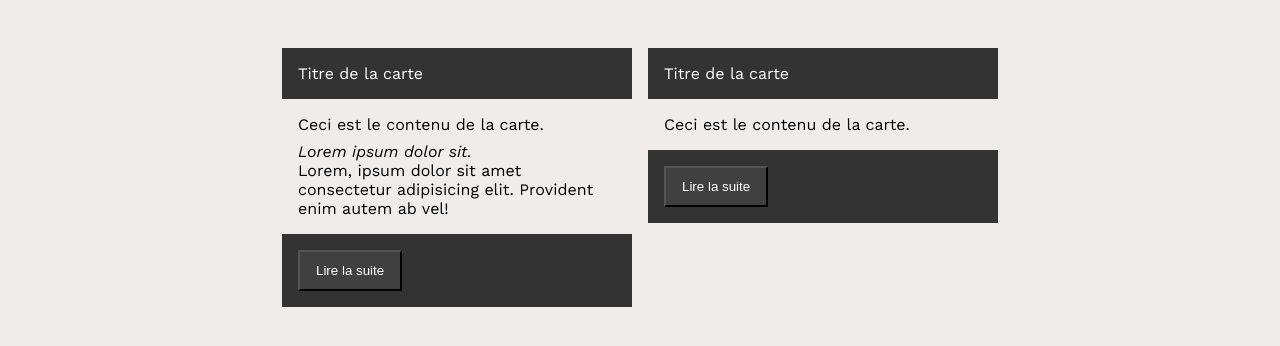
Repository: b3no1t/SASS--the-beginning
Page: exercices/cards/index.html
These files come from the project's save history. The page is drawn as it stood at one moment and after the next save; the edit follows.
The browser window is 1280 px wide. The pictures show the whole page.

Above is the page before, as saved 2025-02-02 01:25:00.

After the next save:
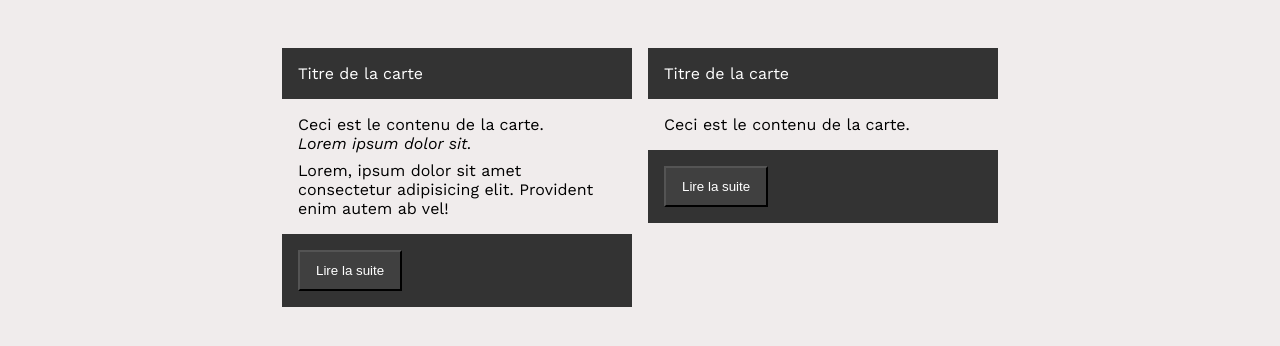
Saved 37 s later.
--- a/exercices/cards/index.html
+++ b/exercices/cards/index.html
@@ -17,10 +17,8 @@
       <div class="card__body">
        <p> Ceci est le contenu de la carte.</p>
 
-       <blockquote>
         <cite>Lorem ipsum dolor sit.</cite>
         <p>Lorem, ipsum dolor sit amet consectetur adipisicing elit. Provident enim autem ab vel!</p>
-       </blockquote>
       </div>
 
       <div class="card__footer">
